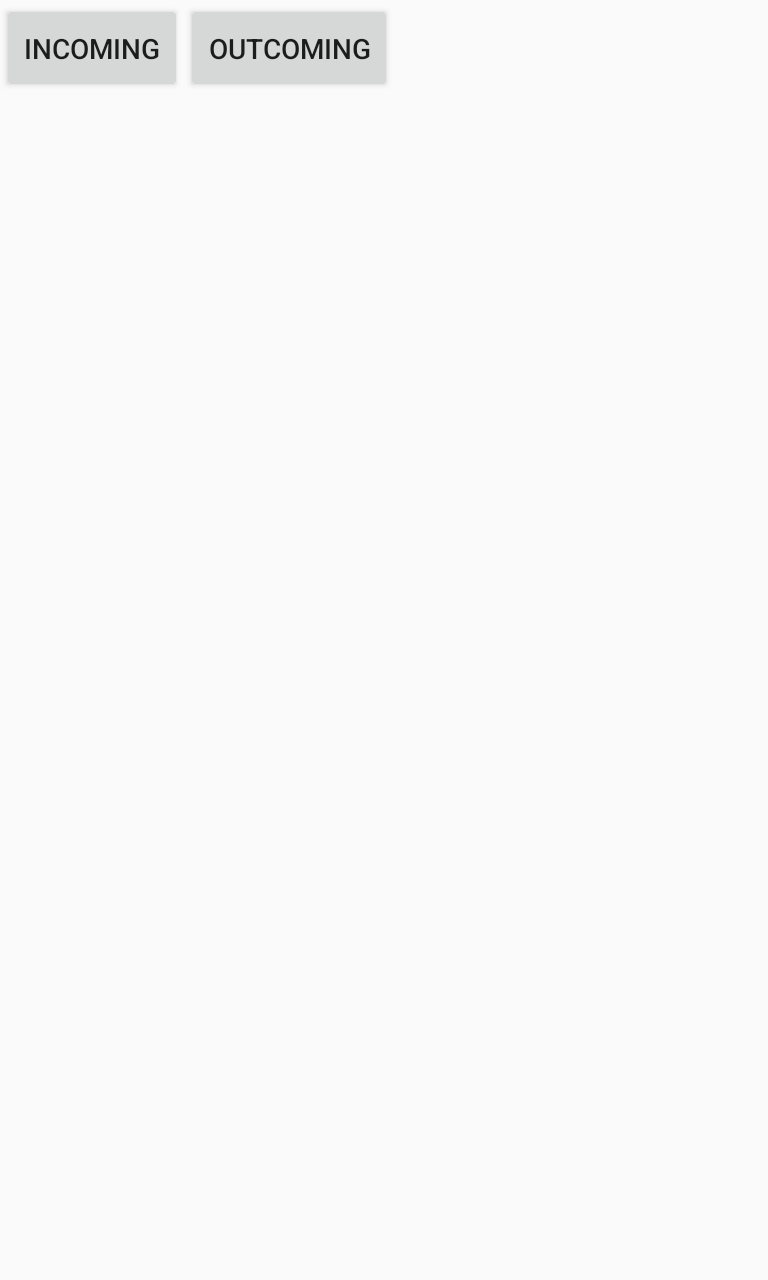
Repository: juanciullini/costManager
Layout: costManager/res/layout/fragment_main.xml
These files come from the project's save history. The layout is drawn as it stood at one moment and after the next save; the edit follows.
It is drawn on a 768 x 1280 px phone screen (xhdpi) without system bars, with theme AppTheme; the app's code is not run.

Above is the layout before, as saved 2014-10-28 16:59:38.

After the next save:
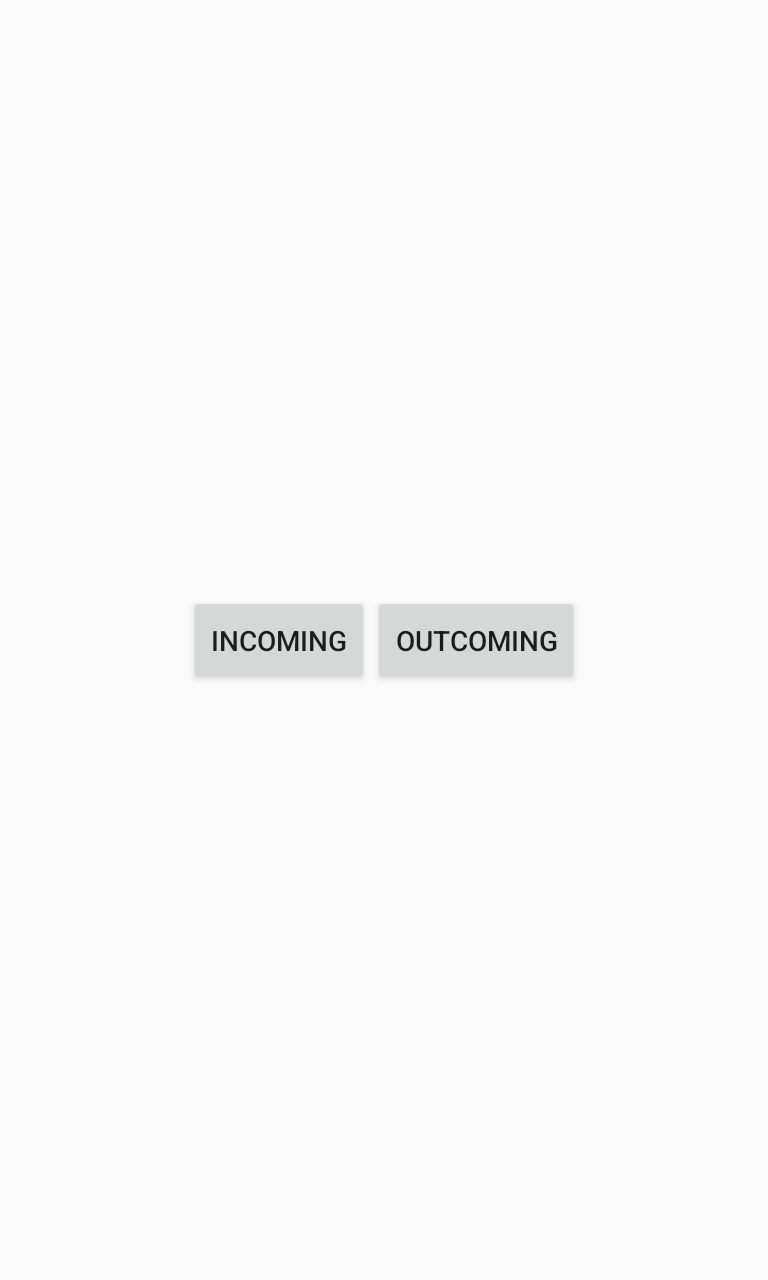
Saved 2 min 12 s later.
--- a/costManager/res/layout/fragment_main.xml
+++ b/costManager/res/layout/fragment_main.xml
@@ -2,6 +2,7 @@
     xmlns:tools="http://schemas.android.com/tools"
     android:layout_width="match_parent"
     android:layout_height="match_parent"
+    android:gravity="center_vertical|center_horizontal"
     android:orientation="horizontal"
     tools:context="com.june.costmanager.MainActivity$PlaceholderFragment" >
 
